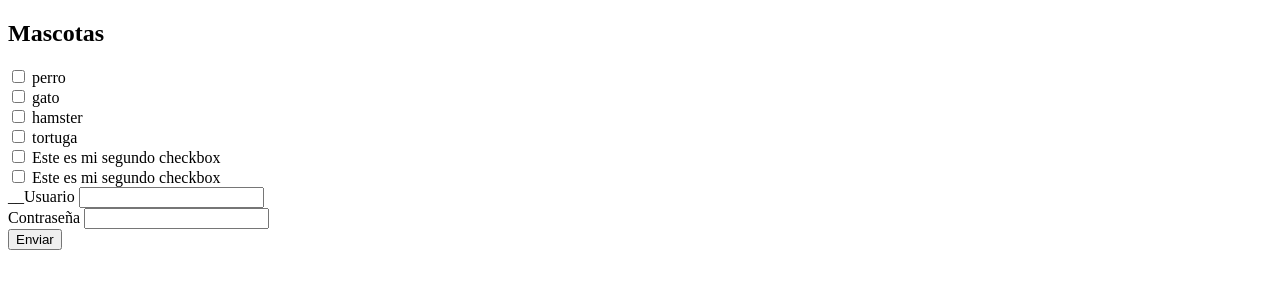
Repository: felipeverdugo/Java-y-Aplicaciones-Avanzadas-sobre-Internet
Page: work/Practica1Web40/src/main/webapp/mascotas.html
These files come from the project's save history. The page is drawn as it stood at one moment and after the next save; the edit follows.
The browser window is 1280 px wide. The pictures show the whole page.

Above is the page before, as saved 2024-03-20 14:00:57.

### work/Practica1Web40/src/main/webapp/mascotas.html
<!DOCTYPE html>
<html>
<head>
<meta charset="ISO-8859-1">
<title>Login</title>
</head>
<body>
    <h2>Mascotas</h2>
    <form action="Encuesta" method="post">

		<input type="checkbox" id="perro" value="second_checkbox" />
		<label for="perro">perro</label>
    	<br>

    	<input type="checkbox" id="gato" value="second_checkbox" />
		<label for="gato">gato</label>
    	<br>

    	<input type="checkbox" id="hamster" value="second_checkbox" />
		<label for="hamster">hamster</label>
    	<br>

    	<input type="checkbox" id="tortuga" value="second_checkbox" />
		<label for="tortuga">tortuga</label>
    	<br>

    	<input type="checkbox" id="cbox2" value="second_checkbox" />
		<label for="cbox2">Este es mi segundo checkbox</label>
    	<br>

    	<input type="checkbox" id="cbox2" value="second_checkbox" />
		<label for="cbox2">Este es mi segundo checkbox</label>
    	<br>




        <label for="nombre">__Usuario</label>
        <input type="text" id="user" name="user" required>
        <br>
        <label for="nombre">Contraseña</label>
        <input type="text" id="pass" name="pass" required>
           <br>
        <input type="submit" value="Enviar">
    </form>
</body>
</html>

After the next save:
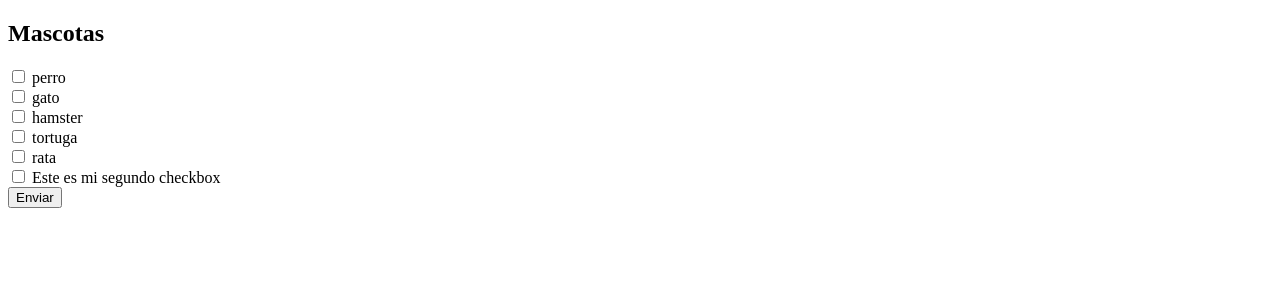
Saved 55 s later.
--- a/work/Practica1Web40/src/main/webapp/mascotas.html
+++ b/work/Practica1Web40/src/main/webapp/mascotas.html
@@ -24,8 +24,8 @@
 		<label for="tortuga">tortuga</label>
     	<br>
 
-    	<input type="checkbox" id="cbox2" value="second_checkbox" />
-		<label for="cbox2">Este es mi segundo checkbox</label>
+    	<input type="checkbox" id="rata" value="second_checkbox" />
+		<label for="rata">rata</label>
     	<br>
 
     	<input type="checkbox" id="cbox2" value="second_checkbox" />
@@ -35,12 +35,7 @@
 
 
 
-        <label for="nombre">__Usuario</label>
-        <input type="text" id="user" name="user" required>
-        <br>
-        <label for="nombre">Contraseña</label>
-        <input type="text" id="pass" name="pass" required>
-           <br>
+
         <input type="submit" value="Enviar">
     </form>
 </body>
